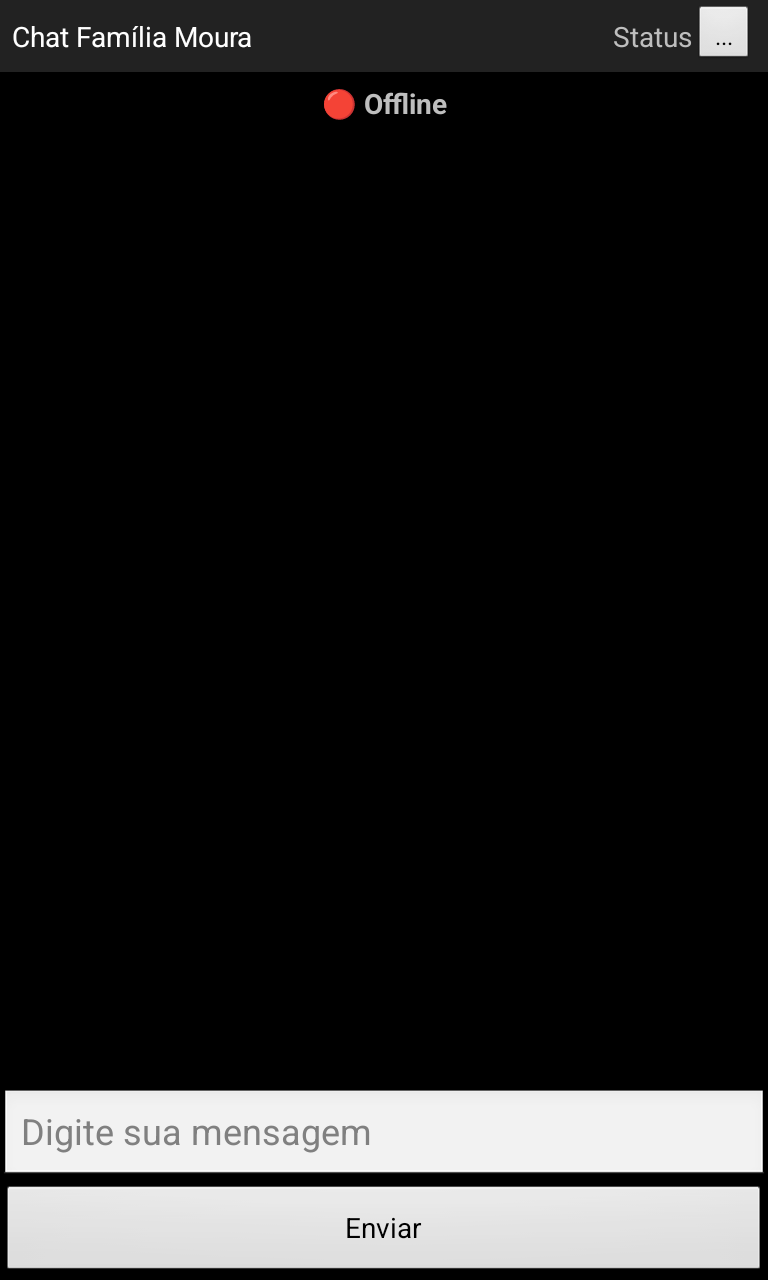
Repository: JoelmirMoura/AppMensagem
Layout: Mensagem/res/layout/main.xml
These files come from the project's save history. The layout is drawn as it stood at one moment and after the next save; the edit follows.
It is drawn on a 768 x 1280 px phone screen (xhdpi) without system bars, with theme android:Theme; the app's code is not run.

Above is the layout before, as saved 2026-04-27 17:49:31.

After the next save:
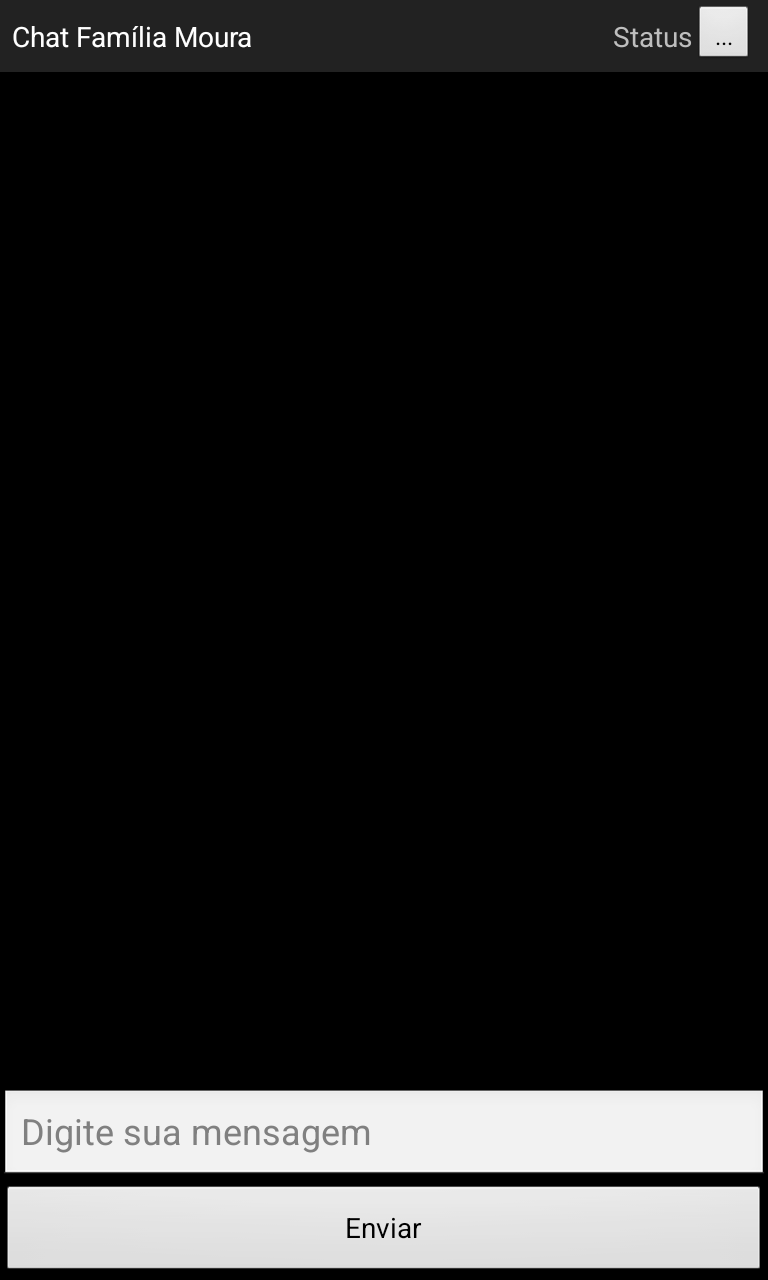
Saved 27 s later.
--- a/Mensagem/res/layout/main.xml
+++ b/Mensagem/res/layout/main.xml
@@ -46,16 +46,6 @@
         android:layout_height="wrap_content"
         android:text="Iniciar Serviço" />-->
 
-    <!-- STATUS -->
-    <TextView
-        android:id="@+id/txtStatus"
-        android:layout_width="fill_parent"
-        android:layout_height="wrap_content"
-        android:text="🔴 Offline"
-        android:gravity="center"
-        android:padding="6dp"
-        android:textStyle="bold" />
-
     <!-- CHAT -->
     <ScrollView
         android:id="@+id/scrollChat"
